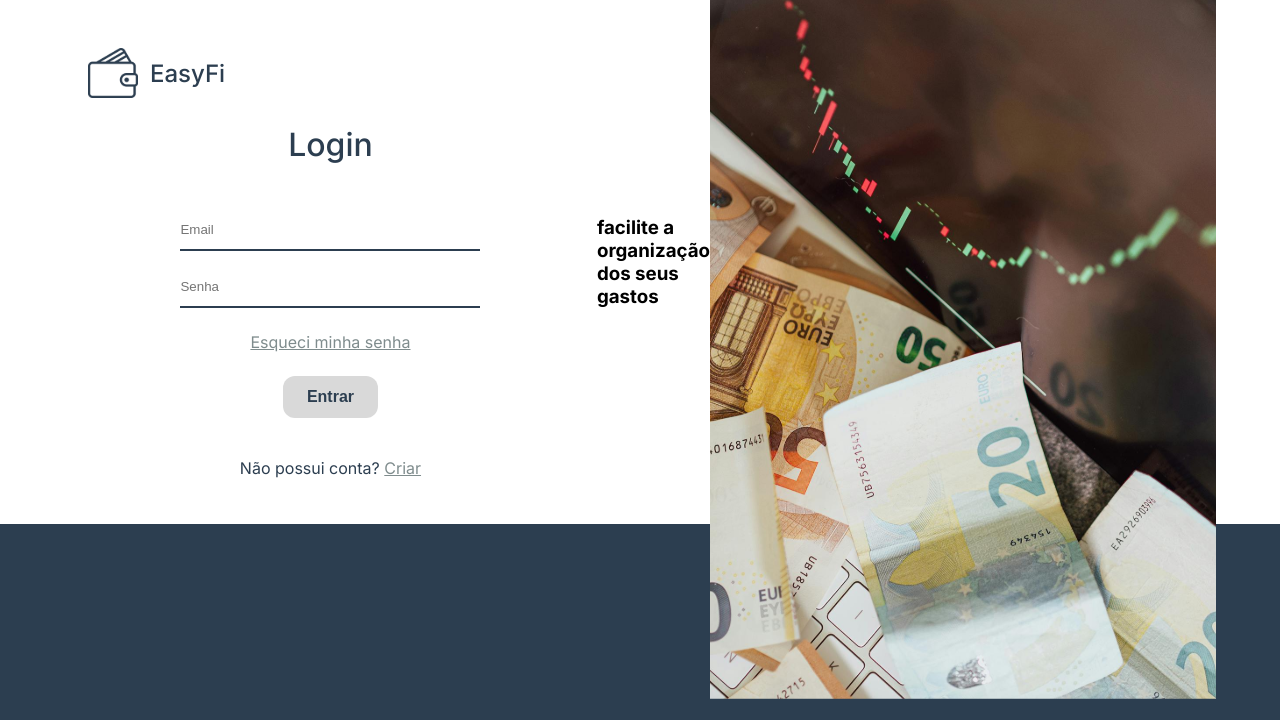
Repository: Ingridiag/projeto-engenharia
Page: login.html
An editor plug-in stored every save of this project. The page is shown before and after a run of saves, followed by the edit.
The browser window is 1280 px wide. The pictures show the whole page.

Above is the page before, as saved 2024-10-28 16:48:36.

### login.html
<!DOCTYPE html>
<html lang="pt">

<head>
    <meta charset="UTF-8">
    <meta name="viewport" content="width=device-width, initial-scale=1.0">
    <link rel="preconnect" href="https://fonts.googleapis.com">
<link rel="preconnect" href="https://fonts.gstatic.com" crossorigin>
<link href="https://fonts.googleapis.com/css2?family=Inter:ital,opsz,wght@0,14..32,100..900;1,14..32,100..900&display=swap"
rel="stylesheet">
    <link rel="stylesheet" href="style.css">
    <title>Login</title>
</head>

<body>
    <div class="container">

        <!-- Tela Login -->
        <div class="login">
            <div class="primeira-coluna">
                <div class="logo">
                    <img src="imagens/logo-azul 1.svg" alt="logo">
                    <h1>EasyFi</h1>
                </div>
                <div class="formulario">
                    <h1 class="title">Login</h1>
                    <form >
                        <input type="email" placeholder="Email">
                        <input type="password" placeholder="Senha">
                    </form>
                    <div class="uses">
                        <a href="#" class="link">Esqueci minha senha</a>

                    </div>
                    <div class="btn-default">
                        <button>
                            Entrar
                        </button>
                    </div>
                    <div >
                        <p>Não possui conta?
                            <span>
                                <a href="#" class="link">Criar</a>
                            </span>
                        </p>
                    </div>
                </div>
            </div>
            <div class="decor">
                <h3 class="mensagem">
                    facilite a organização dos seus gastos
                </h3>
                <img src="imagens/imagem_background.svg" alt="imagem_background">
            </div>
        </div>



        <div class="cadastro">
            <!-- Tela Cadastro -->
            <div class="decor">
                <h3 class="mensagem">
                    facilite a organização dos seus gastos
                </h3>
            </div>

            <div class="primeira-coluna">
                <div class="logo">
                    <img src="imagens/logo-azul 1.svg" alt="logo">
                    <h1>EasyFi</h1>
                </div>
                <div class="formulario">
                    <h1 class="title">Criar Conta</h1>
                    <form >
                        <input type="text" placeholder="Nome">
                        <input type="email" placeholder="Email">
                        <input type="password" placeholder="Senha">
                        <input type="password" placeholder=" Confirmar senha">
                    </form>
                    <div>
                        <a href="#" class="link">Esqueci minha senha</a>

                    </div>
                    <div class="btn-default">
                        <button>
                            Entrar
                        </button>
                    </div>
                    <div class="uses">
                        <p>Já possui conta?
                            <span>
                                <a href="#" class="link">Login</a>
                            </span>
                        </p>
                    </div>
                </div>
            </div>
        </div>


    </div>

</body>

</html>

### style.css
body {
    margin: 0;
    padding: 0;
    box-sizing: border-box;
    background: #2C3E50;
    font-family: "Inter", sans-serif;
}

.container {
    display: flex;
    justify-content: center;
    align-items: center;
    margin: ;
}

.login {
    width: 100%;
    height: 55vh;
    padding: 5%;
    display: flex;
    align-items: center;
    background: #fff;
    justify-content: space-between;
}

.primeira-coluna {
    width: 70%;
    display: flex;
    flex-direction: column;
    justify-content: center;
    /* background: #909090; */
}

.logo {
    display: flex;
    gap: 12px;
    align-items: center;
    padding: 12px 24px 0;
    color: #2C3E50;

    h1 {
        font-size: 24px;
        font-weight: 500;
    }
    img{
        width: 50px;

    }

}

.formulario {
    display: flex;
    flex-direction: column;
    align-items: center;
    gap: 24px;
    color: #2C3E50;
    h1{
        font-weight: 500;}
}

.formulario form {
    display: flex;
    flex-direction: column;
    gap: 16px;
}

.formulario form input {
    width: 300px;
    padding: 12px 0px;
    background: none;
    border: none;
    border-bottom: 2px solid #2C3E50;
    outline: none;
    color: #2C3E50;

}

.formulario a {
    color: #7F8C8D;
}

.btn-default button {
    background: #D9D9D9;
    border: none;
    border-radius: 12px;
    padding: 12px 24px;
    font-size: 16px;
    transition: 0.2s ease;
    cursor: pointer;
    color: #2C3E50;
    font-weight: 600;
}

.btn-default button:hover {
    background: #F4EEEE;
    color: #577695;
    transform: scale(1.1);
}
.decor{
   display: flex;
   /* img{
    width: 100%;
    height: 80%;
   } */
    align-items:center
}

.cadastro {
    display: none;
    flex-direction: column;
    position: relative;
}

After the next 3 saves:
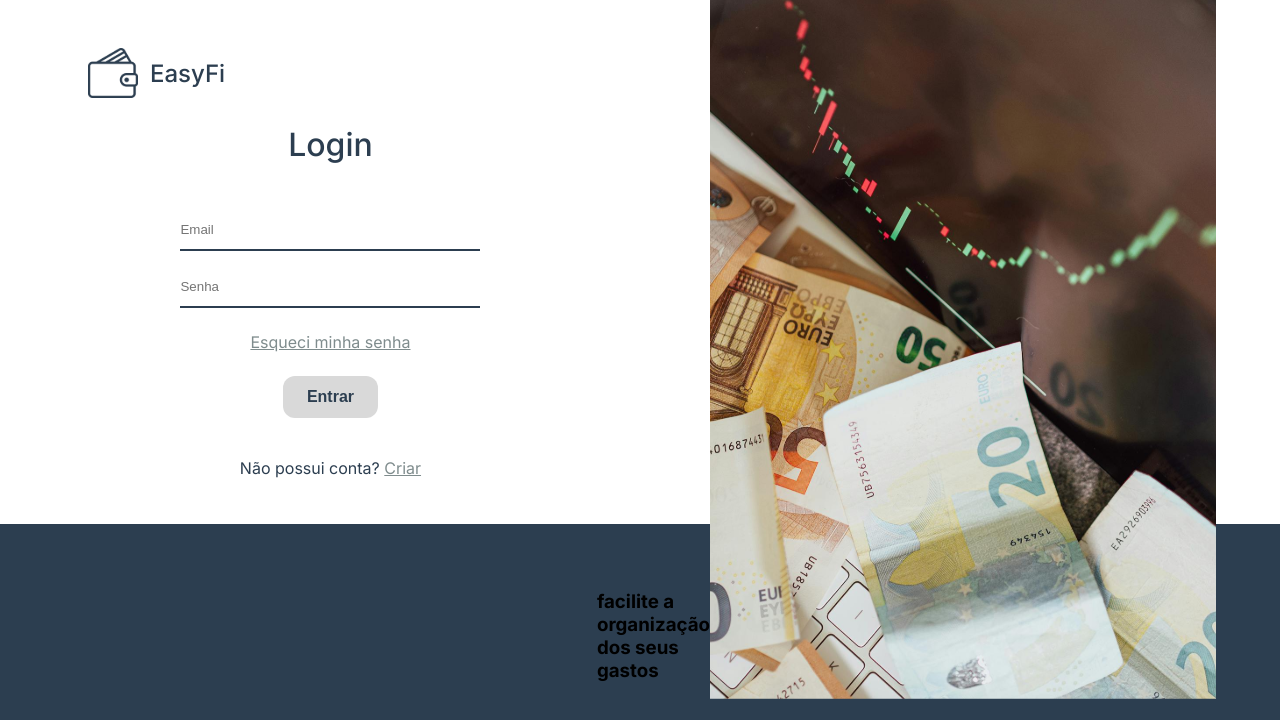
The 3 saves are shown as one change because they came seconds apart.
The last was saved 10 s later.
--- a/style.css
+++ b/style.css
@@ -103,7 +103,7 @@ body {
     width: 100%;
     height: 80%;
    } */
-    align-items:center
+    align-items: end;
 }
 
 .cadastro {
